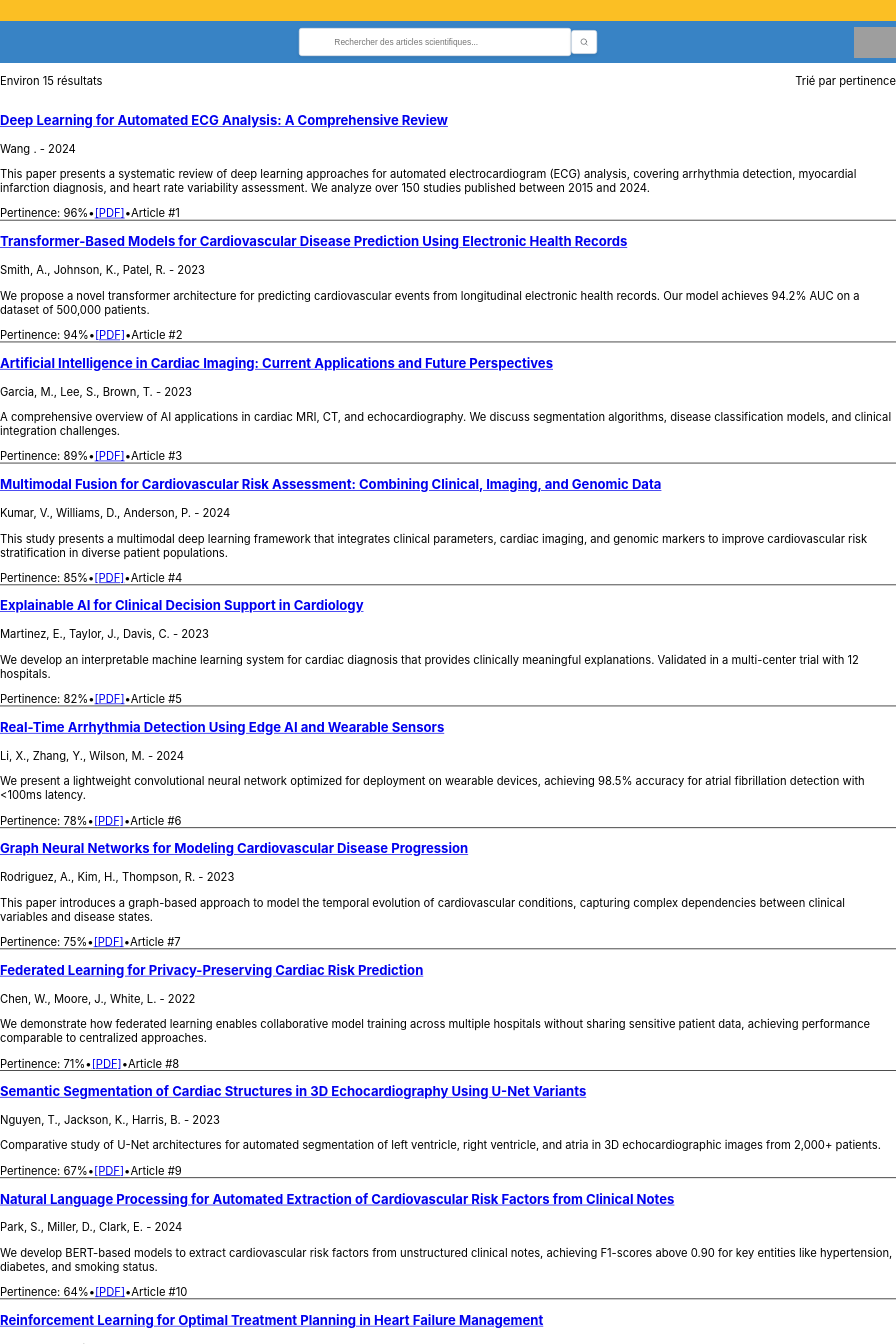
Repository: elh33/SemanticSciSearch
Page: / (app in frontend/)
These files come from the project's save history. The page is drawn as it stood at one moment and after the next save; the edit follows.
The browser window is 1280 px wide. The pictures show the part of the page from y = 0 to 1920 px (the page is 2665 px tall), at 70% of full size.
Pictures or frames that could not be fetched are drawn as grey boxes. The project was rebuilt for these pictures with package versions that can differ from the ones it lists, and the page was loaded fresh each time.

Above is the page before, as saved 2025-11-21 23:56:36.

After the next save:
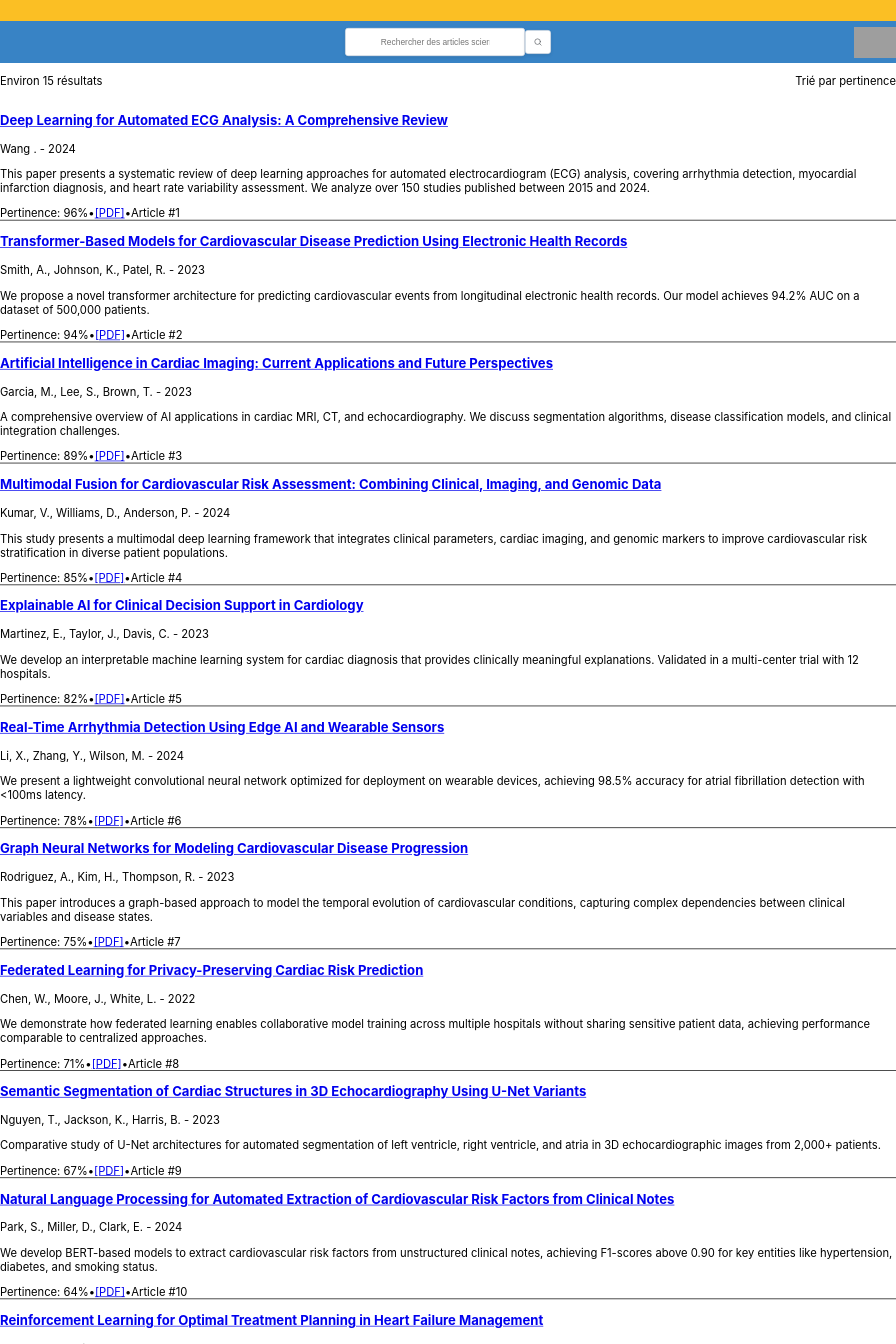
Saved 80 s later.
--- a/frontend/src/components/SearchResults.tsx
+++ b/frontend/src/components/SearchResults.tsx
@@ -47,7 +47,7 @@
           <div className="flex-1 max-w-3xl flex items-center"></div>
 
             {/* Zone de recherche centrée - Directement sur le fond bleu */}
-            <div className="flex-1 max-w-3xl flex items-center justify-center">
+            <div className="flex max-w-3xl flex items-center justify-center">
               <form onSubmit={handleSubmit} className="w-full flex items-center gap-2">
                 {/* Input de recherche */}
                 <input

After the 3 saves that followed:
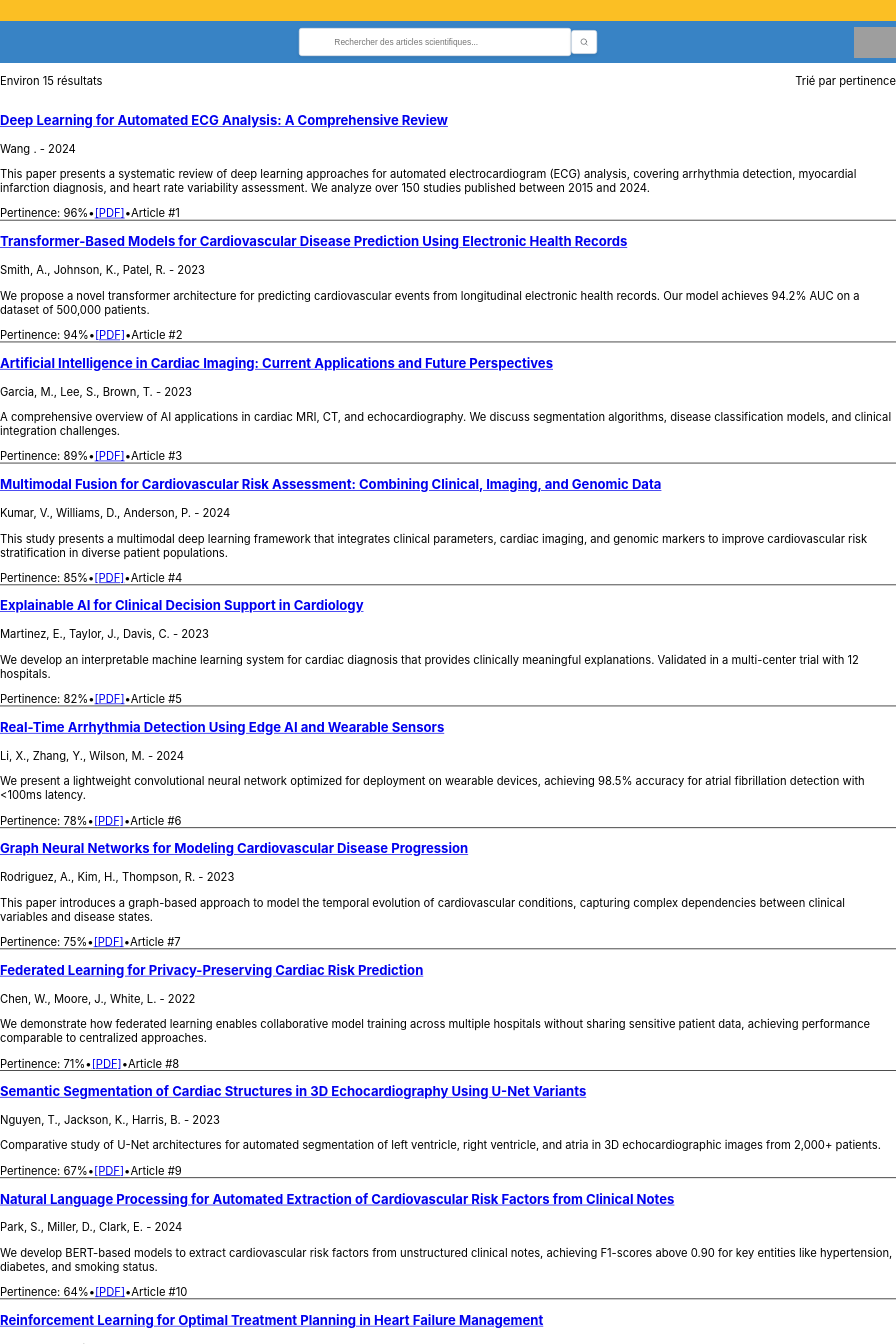
The 3 saves are shown as one change because 1 left the picture as it was and some came seconds apart.
The last was saved 27 s later.
--- a/frontend/src/components/SearchResults.tsx
+++ b/frontend/src/components/SearchResults.tsx
@@ -43,11 +43,11 @@
       <div style={{ backgroundColor: '#3883c5ff' }} className="w-full sticky top-0 z-10 shadow-lg">
         <div className="max-w-7xl mx-auto px-4 py-6">
           <div className="flex items-center justify-between gap-8">
-           {/* Zone de recherche à gauche */}
+  {/* Zone de recherche à gauche */}
           <div className="flex-1 max-w-3xl flex items-center"></div>
 
             {/* Zone de recherche centrée - Directement sur le fond bleu */}
-            <div className="flex max-w-3xl flex items-center justify-center">
+            <div className="flex-1 max-w-3xl flex items-center justify-center">
               <form onSubmit={handleSubmit} className="w-full flex items-center gap-2">
                 {/* Input de recherche */}
                 <input
